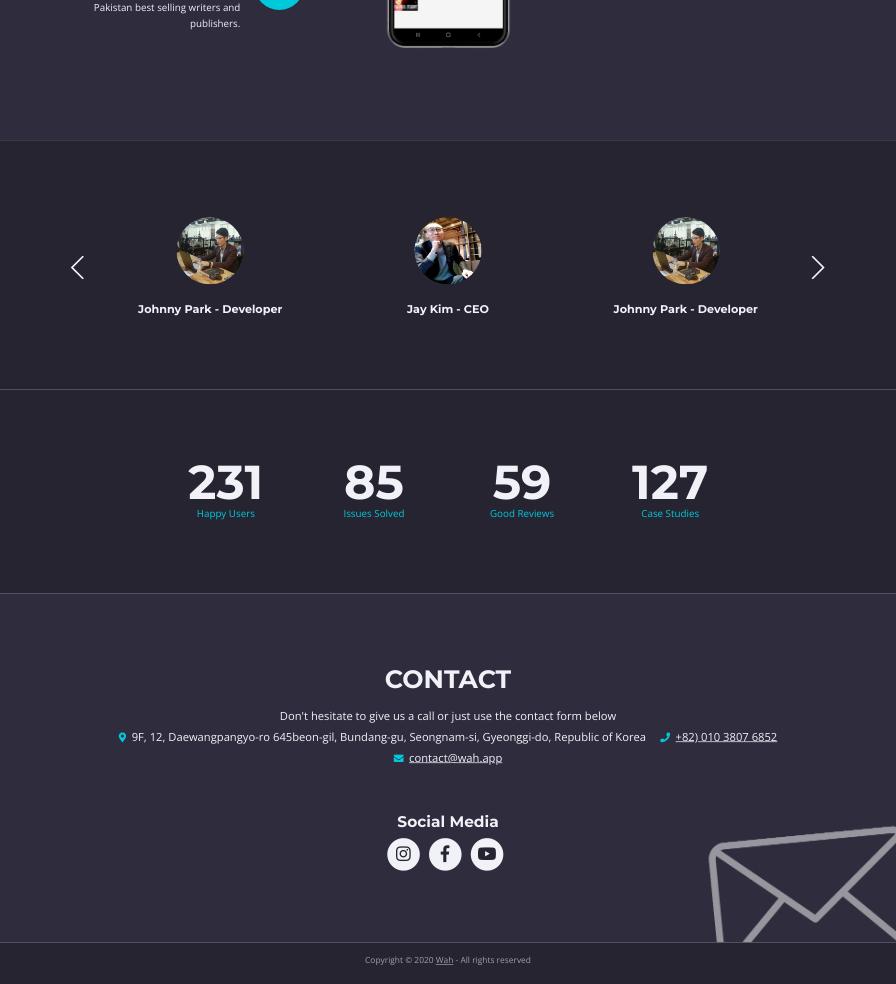
Repository: blackhat97/Homepage
Page: index.html
These files come from the project's save history. The page is drawn as it stood at one moment and after a run of saves; the edit follows.
The browser window is 1280 px wide. The pictures show the part of the page from y = 1563 to 3483 px (the page is 2969 px tall before and 3483 px after), at 70% of full size.

Above is the page before, as saved 2020-04-03 12:19:39.

After the next 2 saves:
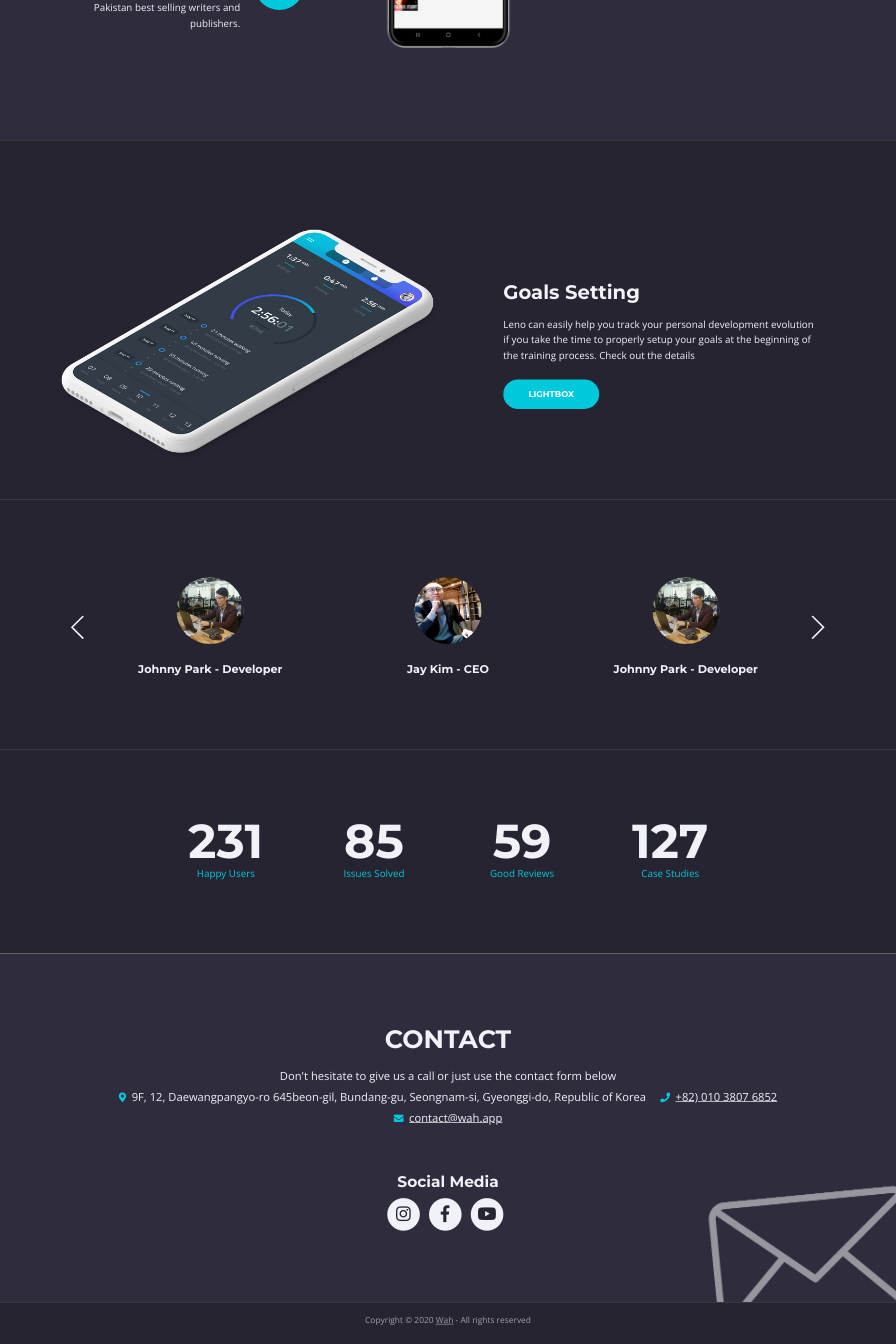
The 2 saves are shown as one change because they came seconds apart.
The last was saved 64 s later.
--- a/index.html
+++ b/index.html
@@ -216,6 +216,24 @@
     </div> <!-- end of tabs -->
     <!-- end of features -->
 
+    <!-- Details -->
+    <div id="details" class="basic-2">
+        <div class="container">
+            <div class="row">
+                <div class="col-lg-6">
+                    <img class="img-fluid" src="images/details-1-iphone.png" alt="alternative">
+                </div> <!-- end of col -->
+                <div class="col-lg-6">
+                    <div class="text-container">
+                        <h3>Goals Setting</h3>
+                        <p>Leno can easily help you track your personal development evolution if you take the time to properly setup your goals at the beginning of the training process. Check out the details</p>
+                        <a class="btn-solid-reg popup-with-move-anim" href="#details-lightbox-1">LIGHTBOX</a>
+                    </div> <!-- end of text-container -->
+                </div> <!-- end of col -->
+            </div> <!-- end of row -->
+        </div> <!-- end of container -->
+    </div> <!-- end of basic-2 -->
+    <!-- end of details 1 -->
 
     <!-- Testimonials -->
     <div class="slider-1">
